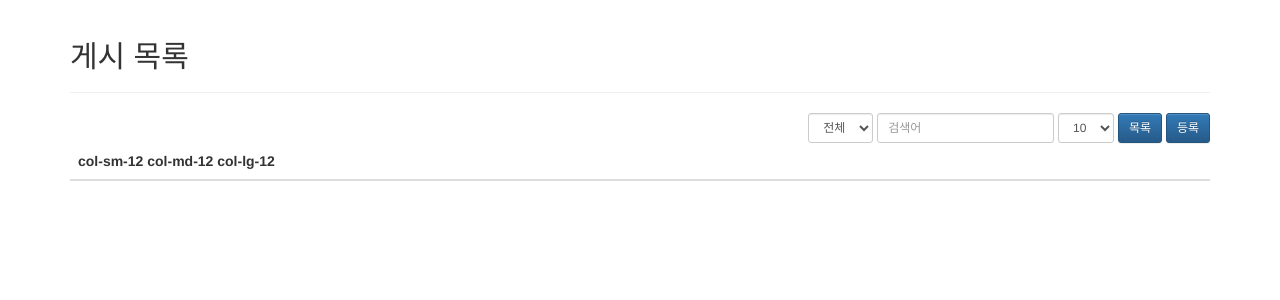
Repository: kimjoohye/study_WEB
Page: workspace/studyhtml5/WebContent/bootstrap/boot_list.html
The author's editor kept a copy of each file at every save. The page is drawn from the files as they stood at one save, then again after the next save.
The browser window is 1280 px wide. The pictures show the whole page.

Above is the page before, as saved 2022-05-24 06:24:07.

### workspace/studyhtml5/WebContent/bootstrap/boot_list.html
<!-- Html comment -->
<!DOCTYPE html>
<html>
<head>
<meta name="viewport" content="width=device-width,initial-scale=1.0">
<meta charset="UTF-8">
<!-- bootstrap CDN -->
<!-- 합쳐지고 최소화된 최신 CSS -->
<link rel="stylesheet" href="https://maxcdn.bootstrapcdn.com/bootstrap/3.3.2/css/bootstrap.min.css">

<!-- 부가적인 테마 -->
<link rel="stylesheet" href="https://maxcdn.bootstrapcdn.com/bootstrap/3.3.2/css/bootstrap-theme.min.css">

<!-- jquery lib: bootstrap.min.js보다 항상 먼저 와야 한다. -->
<script
  src="https://code.jquery.com/jquery-1.12.4.js"
  integrity="sha256-Qw82+bXyGq6MydymqBxNPYTaUXXq7c8v3CwiYwLLNXU="
  crossorigin="anonymous"></script>

<!-- 합쳐지고 최소화된 최신 자바스크립트 -->
<script src="https://maxcdn.bootstrapcdn.com/bootstrap/3.3.2/js/bootstrap.min.js"></script>



<!-- 스타일 시트 -->
<style type="text/css">

</style>

<title>Insert title here</title>
<!-- 자바스크립트 코드 -->
<script type="text/javascript">

</script>

</head>
<body>
    <!-- div container -->
    <div class="container">
        <!-- 제목 -->
        <div class="page-header">
            <h2>게시 목록</h2>
        </div>
        <!--// 제목 ----------------------------->

        <!-- 검색영역 -->
        <div class="row">
            <form action="#" class="form-inline col-sm-12 col-md-12 col-lg-12 text-right">
                <div class="form-group">
                    <select class="form-control input-sm">
                        <option value="">전체</option>
                        <option value="10">제목</option>
                        <option value="20">내용</option>
                    </select>
                    <input type="text" class="form-control input-sm" placeholder="검색어">
                    <select class="form-control input-sm">
                        <option value="10">10</option>
                        <option value="20">20</option>
                        <option value="30">30</option>
                    </select>
		                <input type="button" class="btn btn-primary btn-sm" value="목록">
		                <input type="button" class="btn btn-primary btn-sm" value="등록">
                </div>
            </form>
        </div>
        <!--// 검색영역 ----------------------------->


        <!-- table -->
        <div class="table-responsive">
            <table class="table table-striped">
                <thead class="bg_primary">
                <th>col-sm-12 col-md-12 col-lg-12</th>
                </thead>
            </table>
        </div>
        <!--// table ----------------------------------->
    </div>
    <!--// div container ------------------------>
</body>
</html>

After the next save:
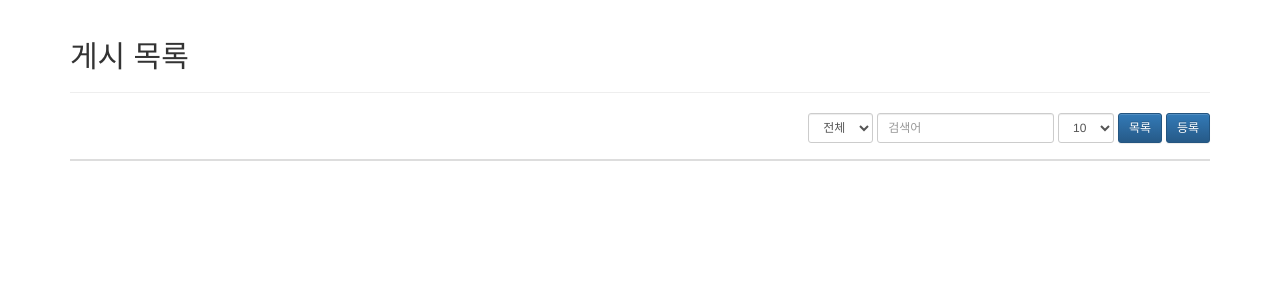
Saved 9 s later.
--- a/workspace/studyhtml5/WebContent/bootstrap/boot_list.html
+++ b/workspace/studyhtml5/WebContent/bootstrap/boot_list.html
@@ -70,7 +70,7 @@
         <div class="table-responsive">
             <table class="table table-striped">
                 <thead class="bg_primary">
-                <th>col-sm-12 col-md-12 col-lg-12</th>
+                <th class="col-sm-12 col-md-12 col-lg-12"></th>
                 </thead>
             </table>
         </div>
